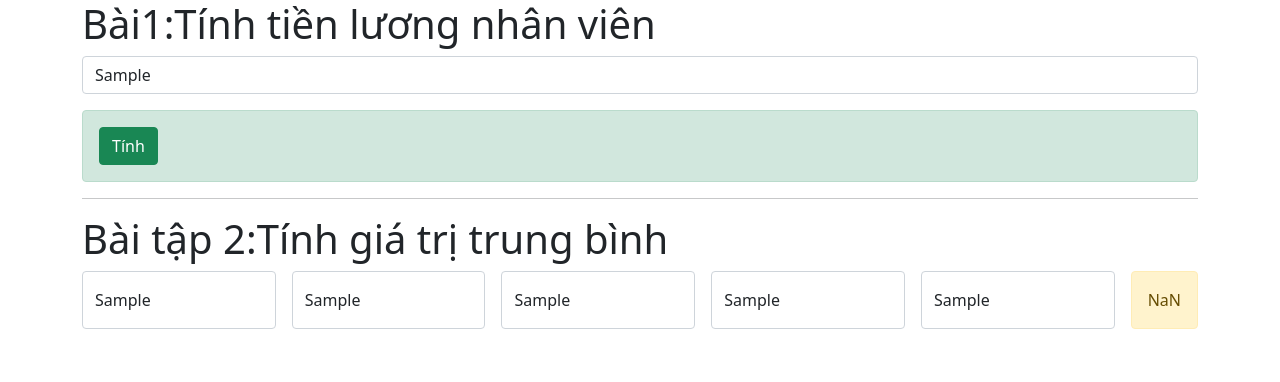
Repository: qkhanh1104k/Js-buoi2-3_giaodienbuoi1
Page: index.html
The author's editor kept a copy of each file at every save. The page is drawn from the files as they stood at one save, then again after the next save.
The browser window is 1280 px wide. The pictures show the whole page.
Empty fields were first filled with sample values (such as "Sample", 5 or name@example.com).
After loading, the first visible `button.btn-outline-danger` was clicked once.

Above is the page before, as saved 2022-07-21 10:44:07.

After the next save:
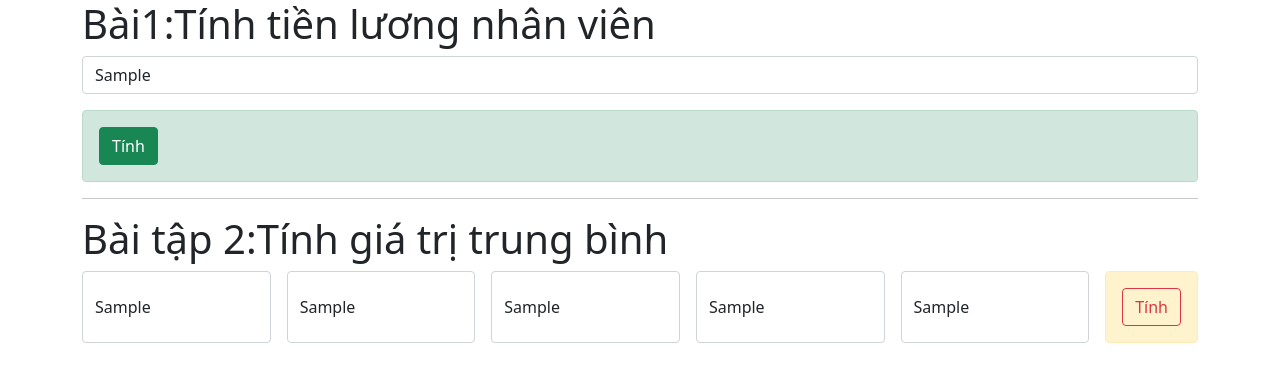
Console error: ReferenceError: avarageNum is not defined
Saved 97 s later.
--- a/index.js
+++ b/index.js
@@ -27,6 +27,6 @@
     var num3 = document.getElementById("txtNum3Bt2").value;
     var num4 = document.getElementById("txtNum4Bt2").value;
     var num5 = document.getElementById("txtNum5Bt2").value;
-    var avarageNum =(num1+num2+num3+num4+num5)/5;
+    var ave =(num1+num2+num3+num4+num5)/5;
     document.getElementById("resBt2").innerHTML = avarageNum;
 }

After the save that followed:
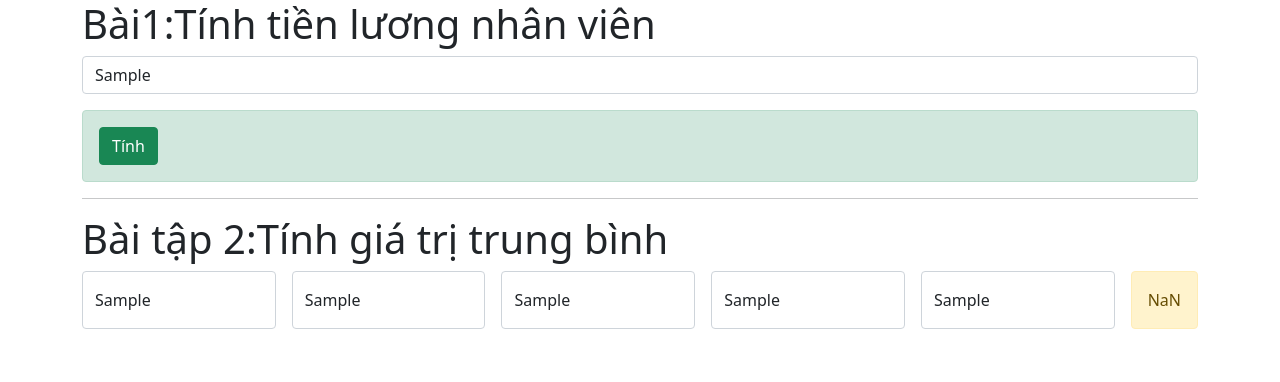
The error is gone.
Saved 20 s later.
--- a/index.js
+++ b/index.js
@@ -28,5 +28,5 @@
     var num4 = document.getElementById("txtNum4Bt2").value;
     var num5 = document.getElementById("txtNum5Bt2").value;
     var ave =(num1+num2+num3+num4+num5)/5;
-    document.getElementById("resBt2").innerHTML = avarageNum;
+    document.getElementById("resBt2").innerHTML = ave;
 }
